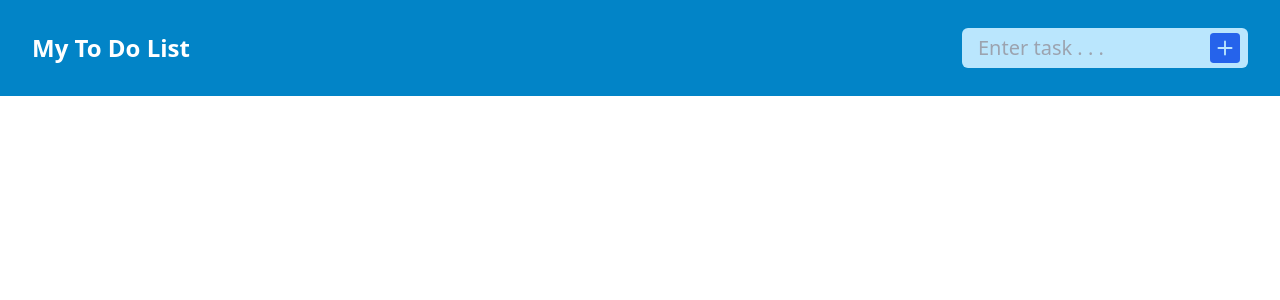
Repository: SaadYasin/react-to-do-list
Page: /
These files come from the project's save history. The page is drawn as it stood at one moment and after the next save; the edit follows.
The browser window is 1280 px wide. The pictures show the whole page.
The project was rebuilt for these pictures with package versions that can differ from the ones it lists, and the page was loaded fresh each time. Also part of the build but not shown: src/App.css.

Above is the page before, as saved 2022-11-09 20:27:42.

### public/index.html
<!DOCTYPE html>
<html lang="en">
  <head>
    <meta charset="utf-8" />
    <link rel="icon" href="%PUBLIC_URL%/favicon.ico" />
    <meta name="viewport" content="width=device-width, initial-scale=1" />
    <meta name="theme-color" content="#000000" />
    <meta
      name="description"
      content="Web site created using create-react-app"
    />
    <link rel="apple-touch-icon" href="%PUBLIC_URL%/logo192.png" />

    <link rel="manifest" href="%PUBLIC_URL%/manifest.json" />

    <title>React | To Do List</title>
  </head>
  <body>
    <noscript>You need to enable JavaScript to run this app.</noscript>
    <div id="root"></div>

  </body>
</html>

### src/App.js
import Header from './components/Header';
import './App.css';

function App() {
  return (
    <div>
      <Header />
    </div>
  );
}

export default App;

### src/components/Header.js
import React from 'react'
import Input from './Input'

const Header = () => {
  return (
    <div className="flex flex-col items-center md:flex-row md:justify-between h-24 bg-sky-600 px-8">
      <h1 className="text-2xl font-bold text-white my-2">My To Do List</h1>
      <Input />
    </div>
  );
}

export default Header

### src/components/Input.js
import React from "react";
import { BsFillPlusSquareFill } from "react-icons/bs";

const Input = () => {
  return (
    <div>
      <form className="flex h-10 bg-sky-200 rounded-md">
        <input
          type="text"
          placeholder="Enter task . . ."
          className="text-xl bg-transparent text-white px-4 w-60 outline-none"
        />
        <button className="text-3xl text-blue-600 px-2" type="submit">
          <BsFillPlusSquareFill />
        </button>
      </form>
    </div>
  );
};

export default Input;

Loaded but not shown: src/index.js (common file); src/index.css (common file); tailwind.config.js (common file)

After the next save:
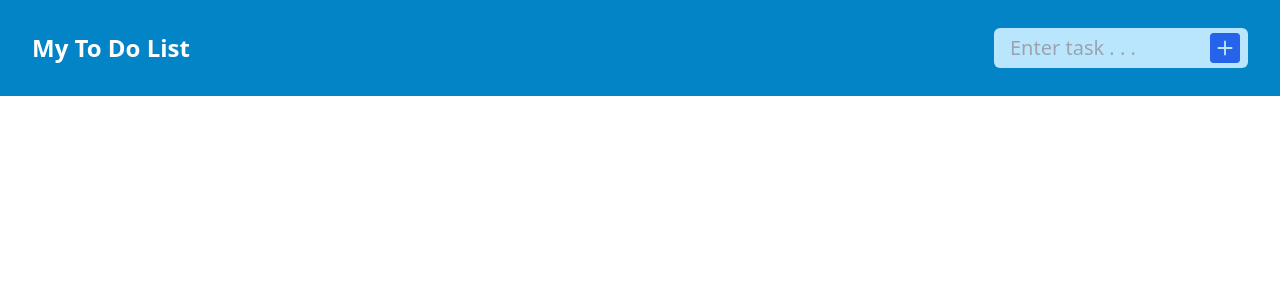
Saved 26 s later.
--- a/src/components/Input.js
+++ b/src/components/Input.js
@@ -8,7 +8,7 @@
         <input
           type="text"
           placeholder="Enter task . . ."
-          className="text-xl bg-transparent text-white px-4 w-60 outline-none"
+          className="text-xl bg-transparent text-white px-4 w-52 outline-none"
         />
         <button className="text-3xl text-blue-600 px-2" type="submit">
           <BsFillPlusSquareFill />
